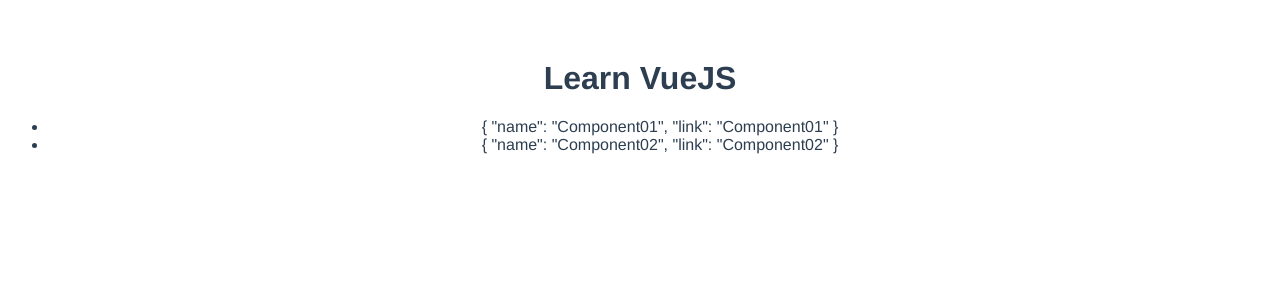
Repository: SWE-VueJS/vue-todo
Page: /
These files come from the project's save history. The page is drawn as it stood at one moment and after the next save; the edit follows.
The browser window is 1280 px wide. The pictures show the whole page.
The project was rebuilt for these pictures with package versions that can differ from the ones it lists, and the page was loaded fresh each time. Also part of the build but not shown: src/components/Component01.vue, src/components/Component02.vue.

Above is the page before, as saved 2018-11-01 09:13:51.

After the next save:
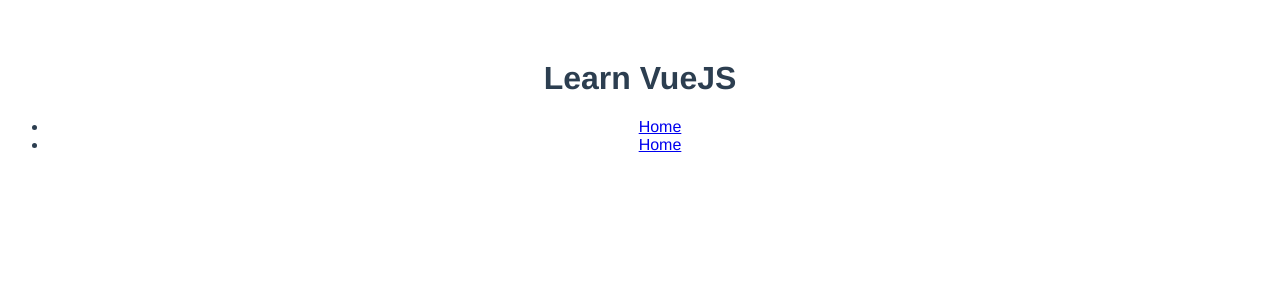
Saved 115 s later.
--- a/src/App.vue
+++ b/src/App.vue
@@ -3,7 +3,9 @@
     <h1>{{title}}</h1>
     <div class="list-cpn">
       <ul class="list">
-        <li class="item" v-for="(item, index) in listComponents" :key="index">{{item}}</li>
+        <li class="item" v-for="(item, index) in listComponents" :key="index">
+          <router-link :to="{path:listComponents.link }">Home</router-link>
+        </li>
       </ul>
     </div>
     <router-view/>
